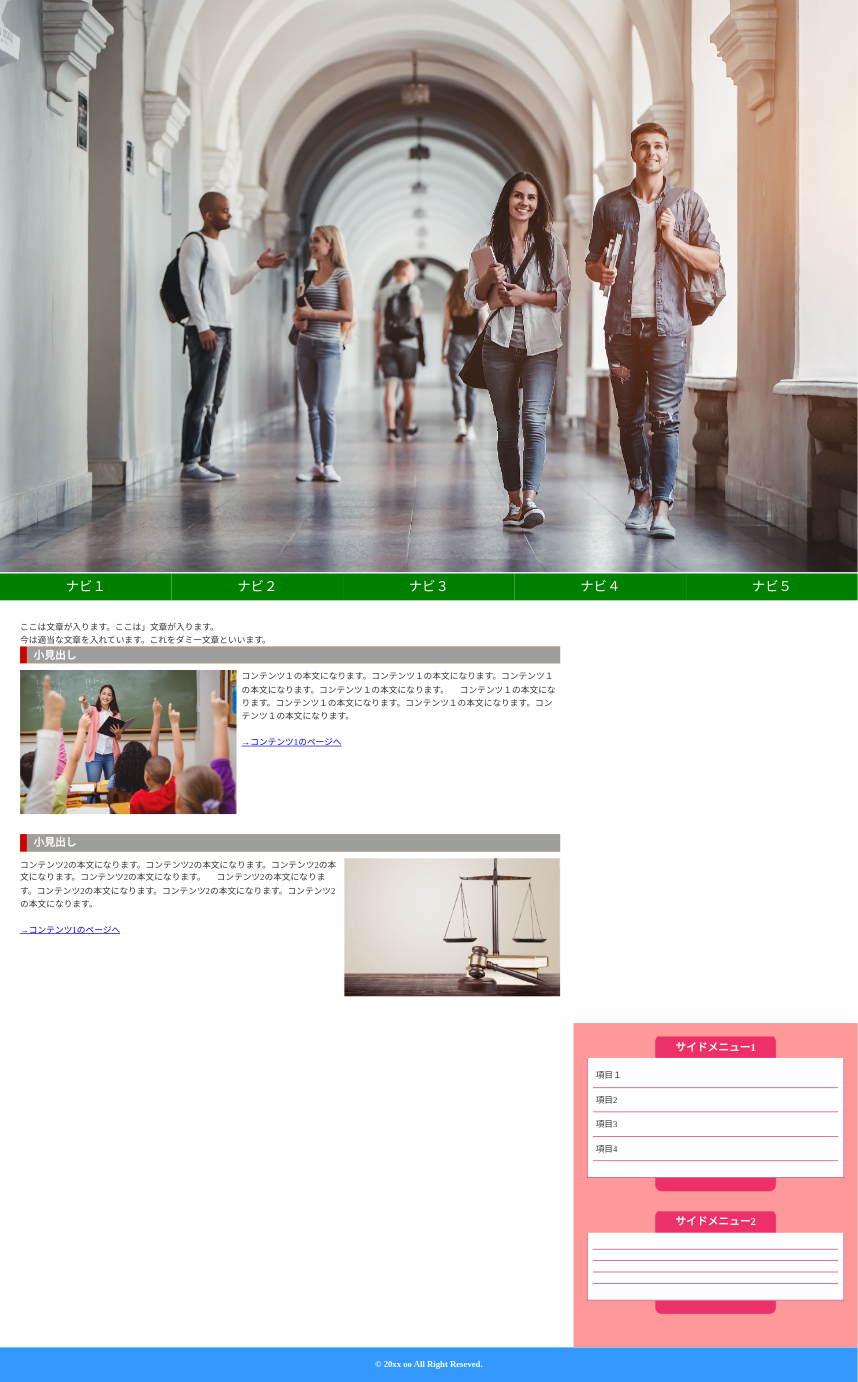
Repository: nekonoko114/samurai_HTML-CSS
Page: home.html
The author's editor kept a record of every edit. The page is drawn from the files as they stood at one moment, then again after the next edit.
The browser window is 1280 px wide. The pictures show the whole page, at 67% of full size.
Pictures or frames that could not be fetched are drawn as grey boxes.

Above is the page before.

### home.html
<!DOCTYPE html>
<html lang="ja">
<head>
    <meta charset="UTF-8">
    <meta name="viewport" content="width=device-width, initial-scale=1.0">
    <meta http-equiv="X-UA-Compatible" content="ie=edge">
    <link rel="stylesheet" href="stylesheet.css"></link>
    <title>HTML/CSSの学習</title>
</head>
<body>
     <div id="header">
                 <h1><a href="index.html"><img id="corridor"src="images/corridor.jpg" alt="大学の廊下"></a></h1>
     </div>
     <div id="wrapper">
           <div id="nav">
                <ul>
                      <li><a href="home.html">ナビ１</a></li>
                      <li><a href="#">ナビ２</a></li>
                      <li><a href="#">ナビ３</a></li>
                      <li><a href="#">ナビ４</a></li>
                      <li><a href="#">ナビ５</a></li>
                </ul>
           </div>
     </div>
     <div id="container">
           <div id="main">
                 <div class="post">
                       <p>ここは文章が入ります。ここは」文章が入ります。<br>今は適当な文章を入れています。これをダミー文章といいます。    </p>
                       <div class="post clearfix">
                             <h2>小見出し</h2>
                             <img class="left" src="images/classroom.jpg" alt="授業風景">
                             <p>コンテンツ１の本文になります。コンテンツ１の本文になります。コンテンツ１の本文になります。コンテンツ１の本文になります。
                             　コンテンツ１の本文になります。コンテンツ１の本文になります。コンテンツ１の本文になります。コンテンツ１の本文になります。</p>
                             　<p><a href="#">→コンテンツ1のページへ</a></p>
                       </div>
                        <div class="post clearfix">
                             <h2>小見出し</h2>
                             <img class="right" src="images/scale.jpg" alt="天秤">
                             <p>コンテンツ2の本文になります。コンテンツ2の本文になります。コンテンツ2の本文になります。コンテンツ2の本文になります。
                             　コンテンツ2の本文になります。コンテンツ2の本文になります。コンテンツ2の本文になります。コンテンツ2の本文になります。</p>
                             　<p><a href="#">→コンテンツ1のページへ</a></p>
                       </div>
                 </div>
           </div>
     </div>


     <div id="side">
           <div class="box">
                 <h2>サイドメニュー1</h2>
                 <div class="boxBody">
                       <ul>
                             <li>項目１</li>
                             <li>項目2</li>
                             <li>項目3</li>
                             <li>項目4</li>
                       </ul>
                 </div>
           </div>
           <div class="box">
                 <h2>サイドメニュー2</h2>
                 <div class="boxBody">
                       <ul>
                             <li></li>
                             <li></li>
                             <li></li>
                             <li></li>
                       </ul>
                 </div>
           </div>
     </div>

     <div id="footer">
           <p>&copy; 20xx oo All Right Reseved.</p>
     </div>
</body>
</html>

### stylesheet.css
@charset "UTF-8";

body {
    margin : 0;
    padding : 0;
    font-family : "ヒラギノ角ゴ　pro w3" , "Hiragino Kaku Gothic pro" "メイリオ",
    Meiryo,osaka,"MS "ＭＳ Ｐゴシック","MS PGothic", sans-serif;";
    color : #333;
    font-size : 13px;
    line-height : 150%;
}

/*---------------------------------------wrapper-------------------------------*/

#wrapper {
    width :100%;
    margin :auto;
    padding : 0;
    border : 0;
    background-color : #fff;
}
/*---------------positionプロパティー-----------------*/

#header {
    width : 100%;
}

#header h1 {
    margin: 0;
    padding: 0;
}

#corridor {
    width: 100%;
    height : auto;
}

#footer {
    clear : both;
    width: 100%;
    padding: 3px 0 3px 0;
    background-color: #39F;
    color :#fff;
    font-weight : bold;
    text-align :center;
}

/*-------------nav------------------*/

#nav {
    width: 100%;
}

#nav ul{
    display:flex;
    padding: 0;
    margin: 0;
    list-style : none;
}

#nav ul li {
    /*float: left;*/
    width: 20%;
    text-align:center;

}
#nav ul li  a{
    display: block;
    height :20px;
    margin: 0;
    padding: 10px;
    color : #fff;
    font-size :20px;
    text-decoration : none;
    background-color: green;
}

/*-----------疑似要素-----------------------*/
#nav ul li a:hover {
    filter : drop-shadow(10px 10px 10px black);
}
/*---------containe------------------------*/
#container {
    width: 100%;
    margin: auto;
    padding: auto;
    padding-top :20px;
    clear :both;
    display :grid;
    grid-template-columns : 70vw 30vw;
}

/*----------------main---------------------*/
#main {
    /*float: left;*/
    width: 90%;
    padding : 10px 30px 10px 30px;
}

#main h2 {
    margin : 0  0 10px 0;
    padding : 3px 10px 3px 10px;
    color : #fff;
    border-left : solid 10px #c00;
    font-size :16px;
    background : #F90 url("../images/main_h2.jpg") right top repeat;
}

#main p {
   padding: 0;
   margin: 0;
}

#main .post {
    margin :0 0 30px 0;
}

#main .post img.right {
    margin :0 0 0 8px;
}

#main .post img.left {
    margin :0 8px 0 0 ;
}

.right {
    float: right;
    width: 40%;
    height :auto;
}
.left {
    float : left;
    width : 40% ;
    height :auto;
}

/*----------clearfix-----------------------*/
.clearfix {
    zoom :1
}

.clearfix:after {
    content :"";
    display : block;
    clear : both;
}

/*------------side---------------------------*/

#side {
    float : right;
    width: 30%;
    padding: 20px;
    background-color: #f99;
}

#side .box {
    margin :0 auto 30px auto;
    padding :0 0 20px 0;
    background : url(images/side_box.png) bottom no-repeat;
}

#side .box h2 {
     margin: 0;
     padding: 8px;
     text-align: center;
     color :#fff;
     font-size : 16px;
     line-height : 16px;
     font-weight: bold;
     background : url(images/side_box_h2.png) center no-repeat ;
}
#side .box .boxBody {

    padding: 8px;
    border-right :solid 1px #c36;
    border-bottom : solid 1px #c36;
    border-left : solid 1px #c36;
    background : #fff;
}

#side .box .boxBody ul {
    margin: 0 0 16px 0;
    padding: 0;
}

#side .box .boxBody ul li {
    padding: 8px 0 8px 4px;
    list-style: none;
    border-bottom  :solid 1px #c36;
}

#side .box .boxBody ul li:hover {
    padding :8px 0 8px 4px;
    list-style : none;
    border-bottom : solid 1px #c36;
    box-shadow : 0px 4px 4px rgba(0,0,0,0.3);
}

#grid {
    display :grid;
    grid-template-columns : 200px 200px;
}

After the next edit:
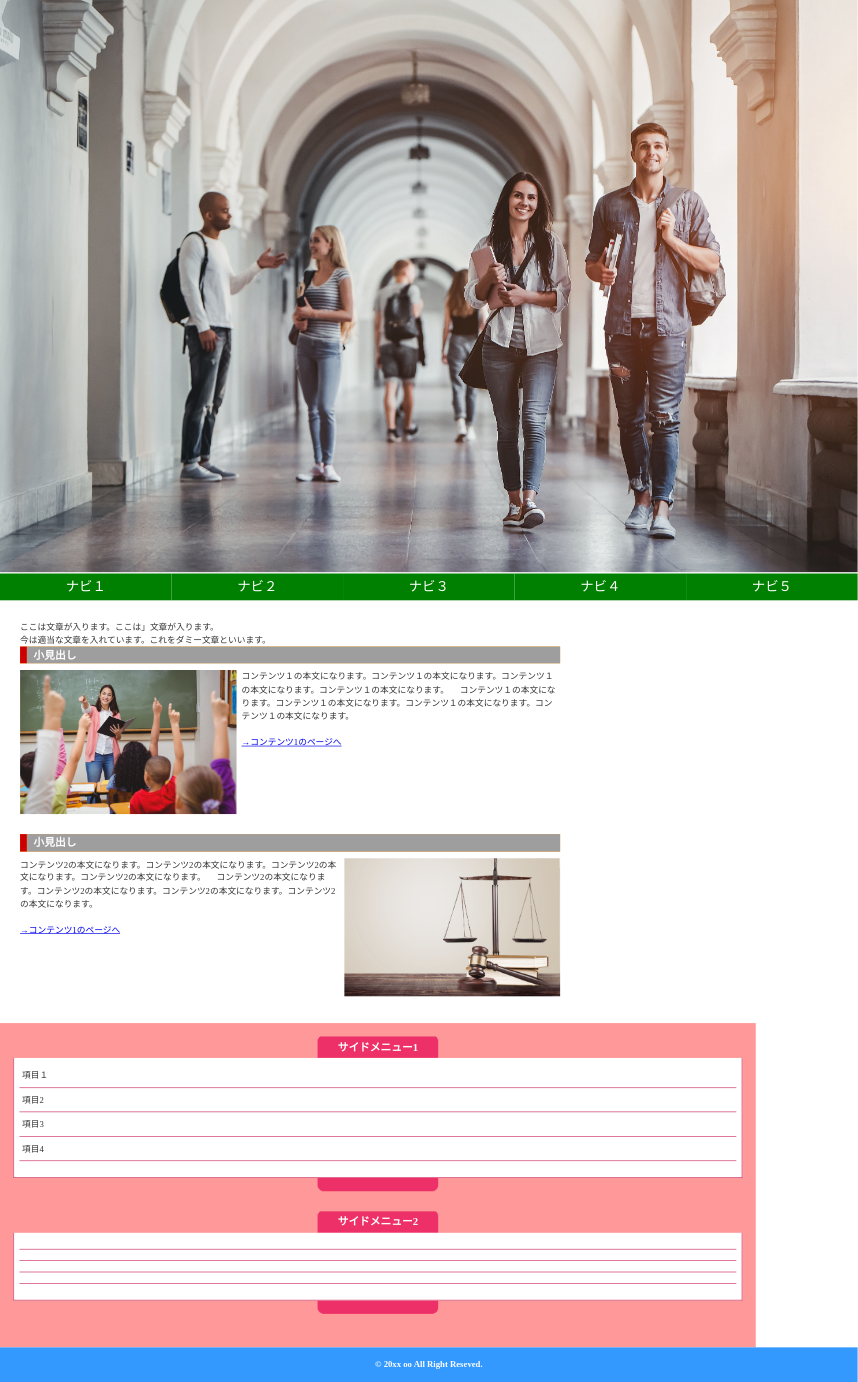
The edit:
--- a/stylesheet.css
+++ b/stylesheet.css
@@ -148,8 +148,8 @@
 /*------------side---------------------------*/
 
 #side {
-    float : right;
-    width: 30%;
+    /*float : right;*/
+    width: 85%;
     padding: 20px;
     background-color: #f99;
 }
